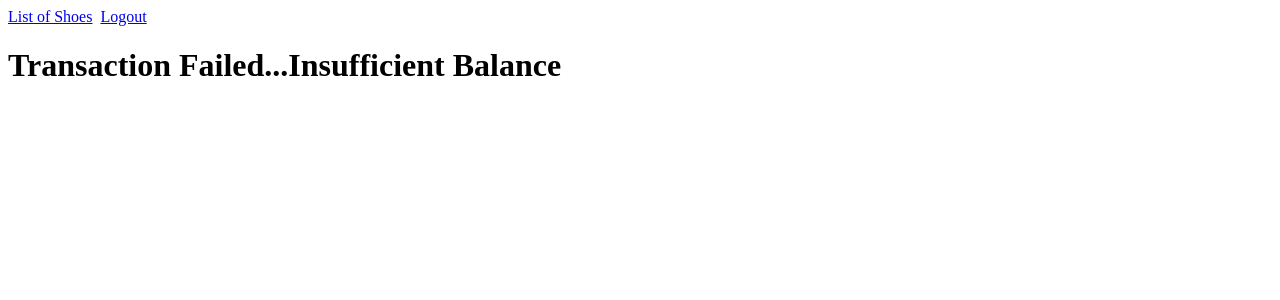
Repository: SwatiJajoriya/JPAForeignKey
Page: http://localhost/SportyShoes/payfail.jsp
These files come from the project's save history. The page is drawn as it stood at one moment and after the next save; the edit follows.
The browser window is 1280 px wide. The pictures show the whole page.
The page is served by Tomcat 9.

Above is the page before, as saved 2023-01-29 13:15:52.

After the next save:
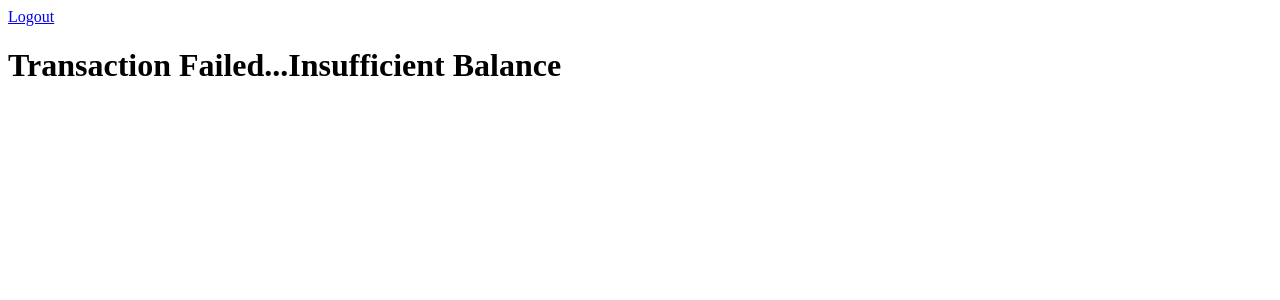
Saved 6 min 12 s later.
--- a/SportyShoes/src/main/webapp/payfail.jsp
+++ b/SportyShoes/src/main/webapp/payfail.jsp
@@ -7,7 +7,7 @@
 <title>Insert title here</title>
 </head>
 <body>
-<a href="usershoelist.jsp">List of Shoes</a>&nbsp
+
 <a href="Logout.jsp">Logout</a><br>
 
 <h1>Transaction Failed...Insufficient Balance</h1>
